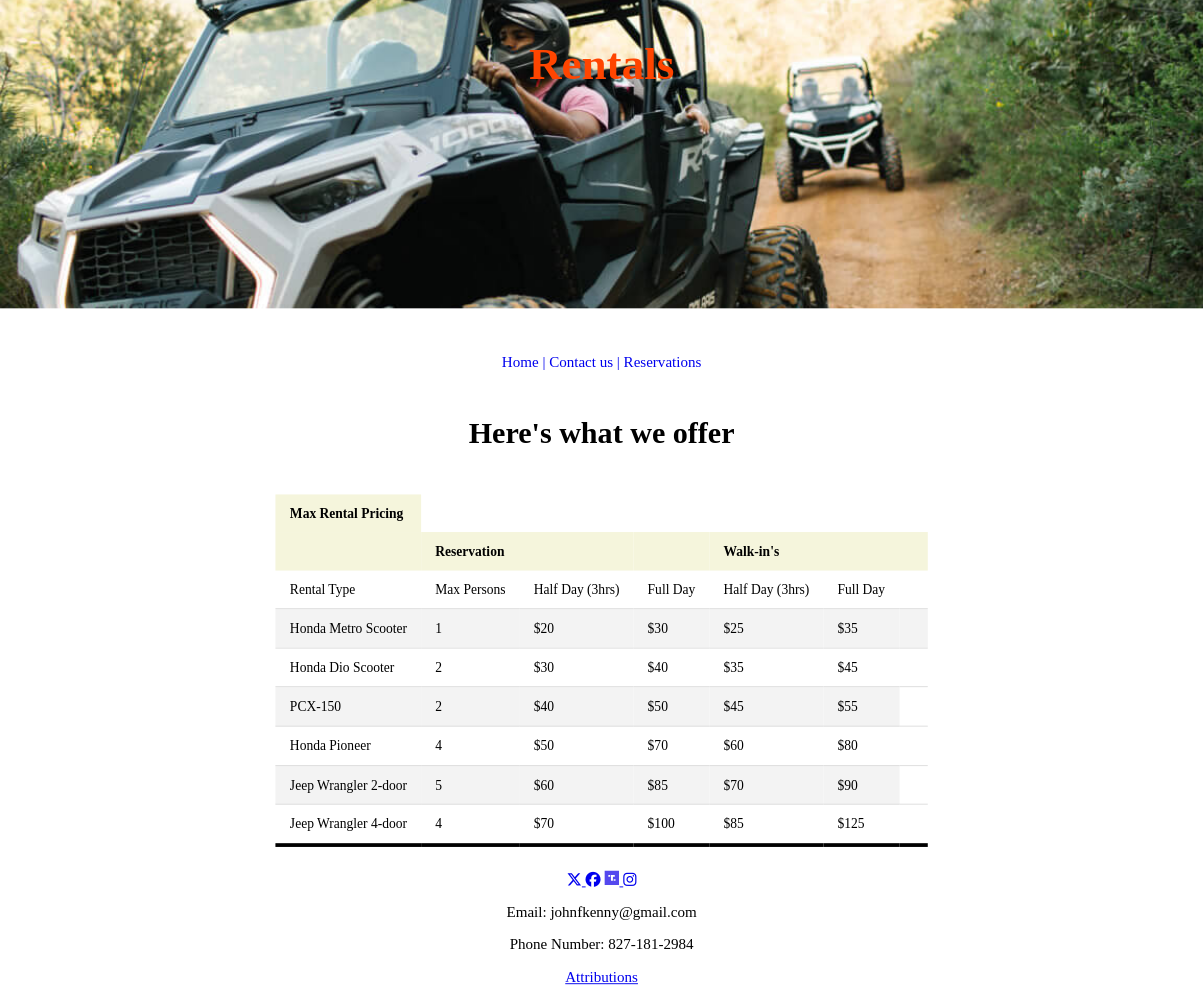
Repository: nak97/WDD230
Page: scoots/rentals-page/rentals-page.html
These files come from the project's save history. The page is drawn as it stood at one moment and after the next save; the edit follows.
The browser window is 1280 px wide. The pictures show the whole page, at 94% of full size.
Some web libraries are served in a nearby version.

Above is the page before, as saved 2023-12-11 17:45:02.

After the next save:
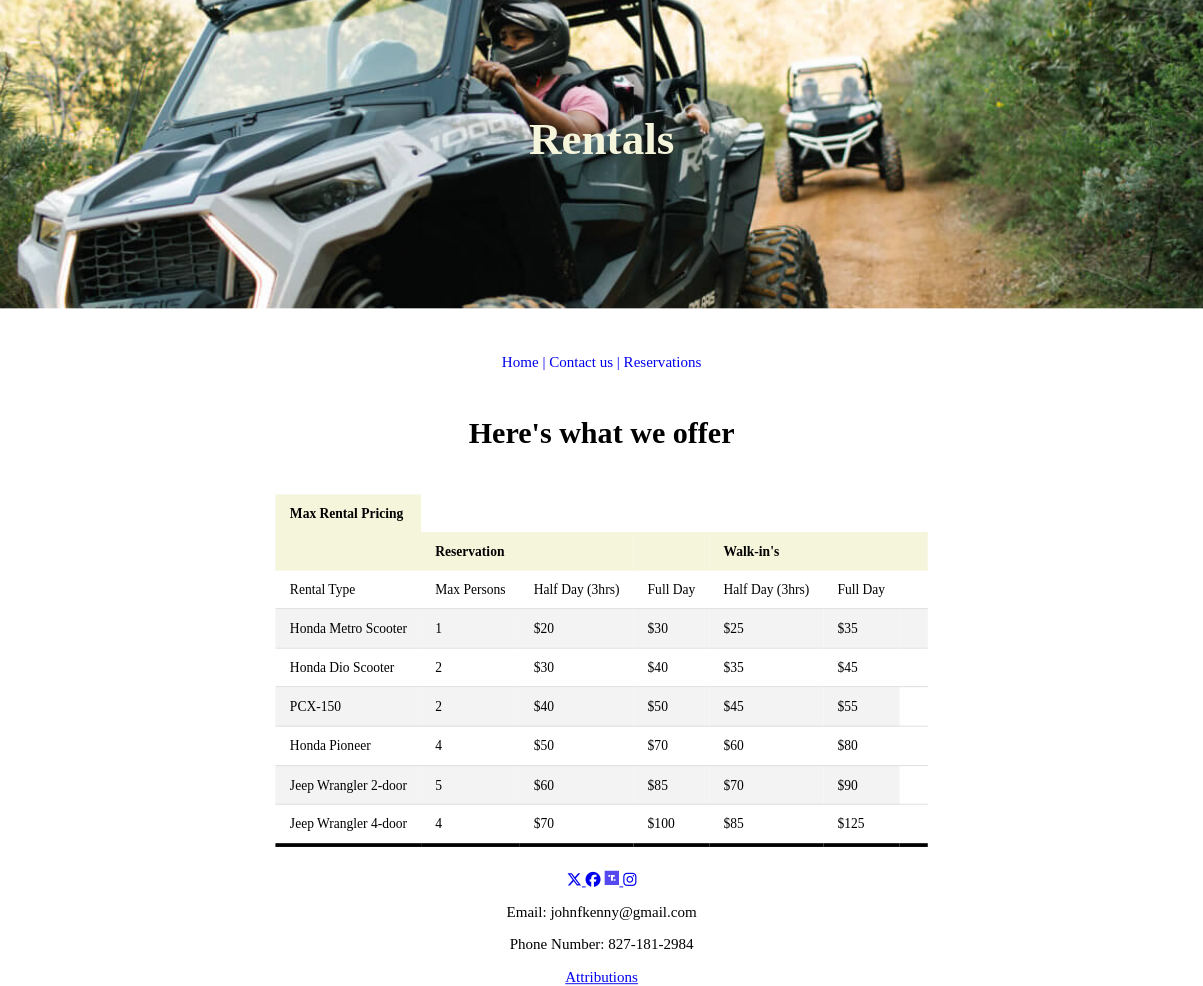
Saved 41 s later.
--- a/scoots/rentals-page/styles/base.css
+++ b/scoots/rentals-page/styles/base.css
@@ -9,9 +9,9 @@ header {
 }
 
 header h1 {
-  color: orangered;
+  color: beige;
   font-size: 3rem;
-  margin-top:2rem;
+  margin-top: 7rem;
 }
 
 nav {
